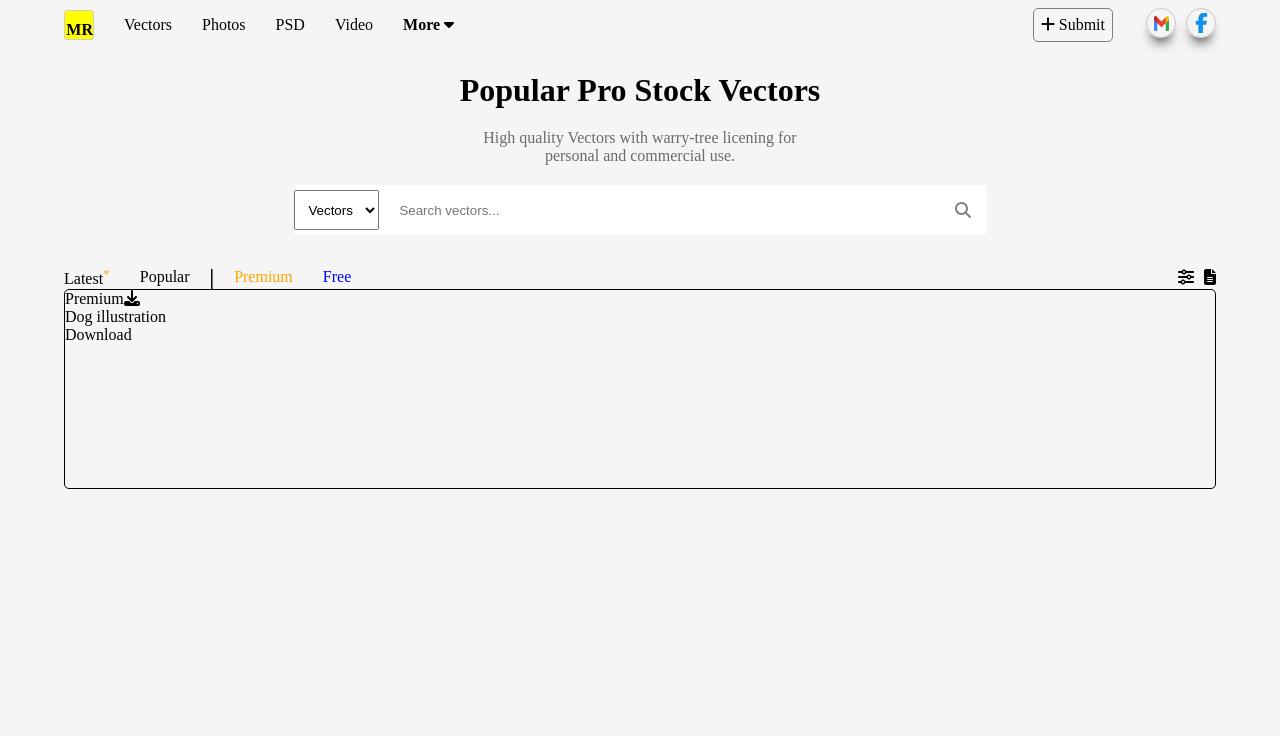
Repository: kegbaDev/VectorTemplate
Page: /
An editor plug-in stored every save of this project. The page is shown before and after a run of saves, followed by the edit.
The browser window is 1280 px wide. The pictures show the whole page.
The project was rebuilt for these pictures with package versions that can differ from the ones it lists, and the page was loaded fresh each time. Also part of the build but not shown: vite.config.js.

Above is the page before, as saved 2023-04-11 23:41:25.

After the next 2 saves:
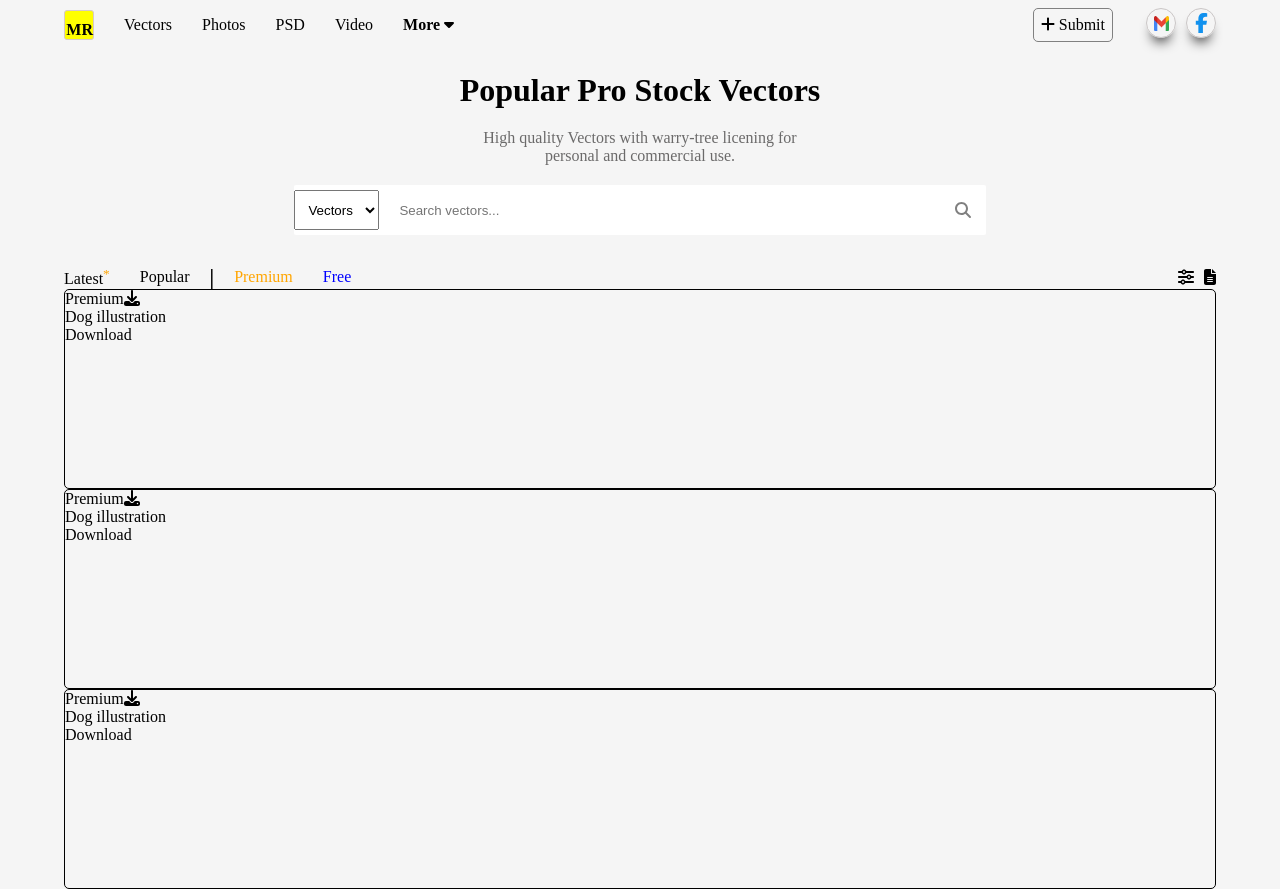
The 2 saves are shown as one change because they came seconds apart.
The last was saved 36 s later.
--- a/src/App.vue
+++ b/src/App.vue
@@ -80,6 +80,24 @@
       <p>Download</p>
     </div>
   </div>
+  <div class="card_content">
+    <div class="main_card">
+      <div class="image_and_text_space">
+        Premium<i class="fa-solid fa-download"></i>
+      </div>
+      <p>Dog illustration</p>
+      <p>Download</p>
+    </div>
+  </div>
+  <div class="card_content">
+    <div class="main_card">
+      <div class="image_and_text_space">
+        Premium<i class="fa-solid fa-download"></i>
+      </div>
+      <p>Dog illustration</p>
+      <p>Download</p>
+    </div>
+  </div>
 </div>
 
 

After the save that followed:
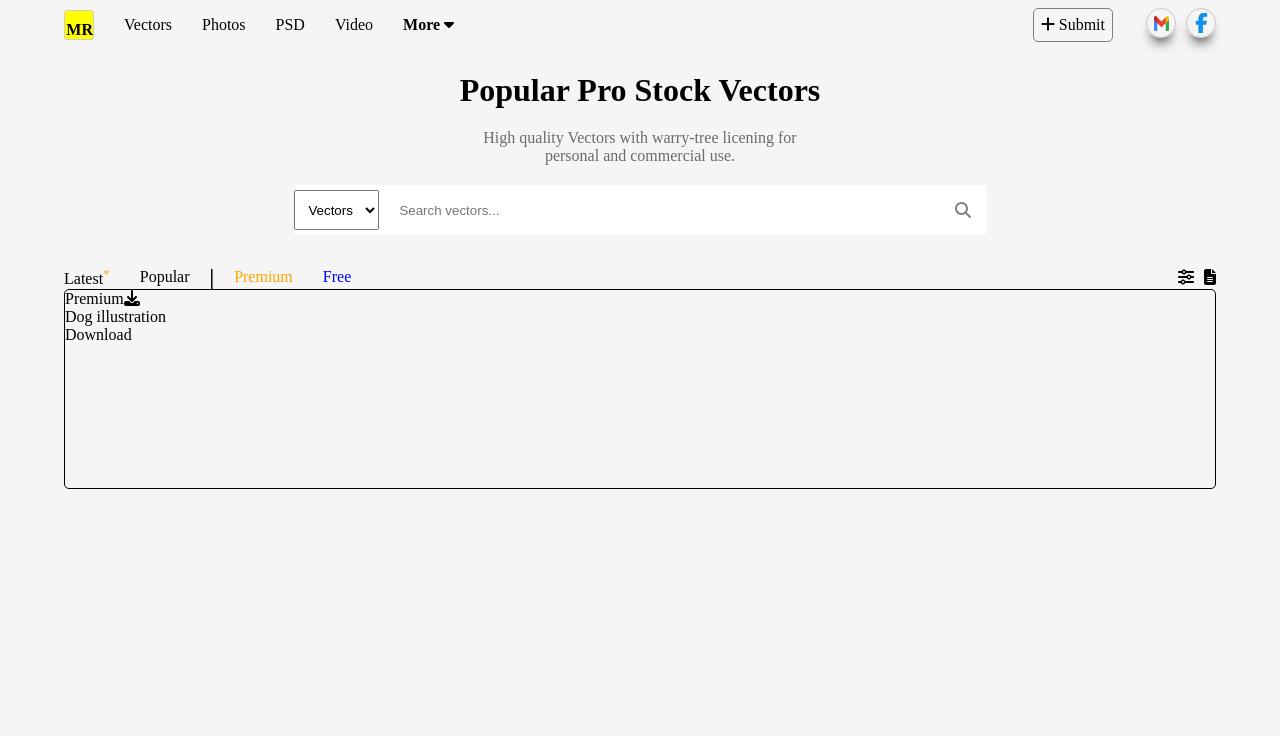
Saved 16 s later.
--- a/src/App.vue
+++ b/src/App.vue
@@ -80,24 +80,6 @@
       <p>Download</p>
     </div>
   </div>
-  <div class="card_content">
-    <div class="main_card">
-      <div class="image_and_text_space">
-        Premium<i class="fa-solid fa-download"></i>
-      </div>
-      <p>Dog illustration</p>
-      <p>Download</p>
-    </div>
-  </div>
-  <div class="card_content">
-    <div class="main_card">
-      <div class="image_and_text_space">
-        Premium<i class="fa-solid fa-download"></i>
-      </div>
-      <p>Dog illustration</p>
-      <p>Download</p>
-    </div>
-  </div>
 </div>
 
 
